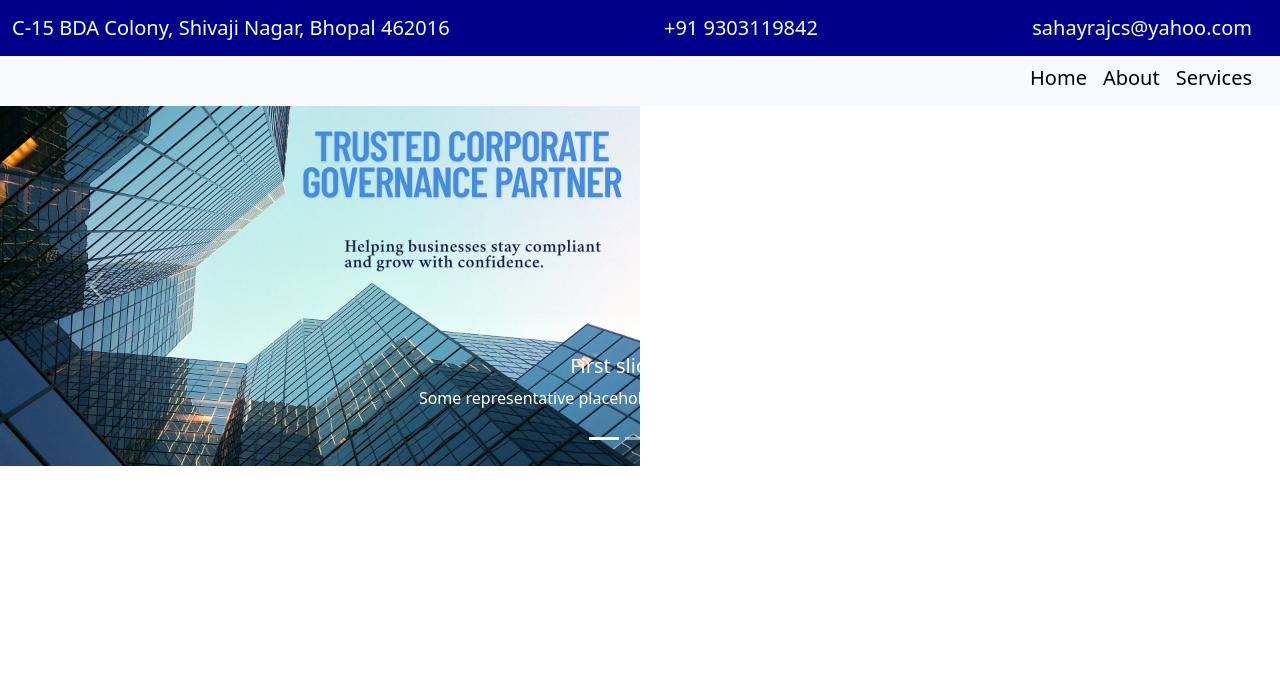
Repository: aayushiss/CS-RSS
Page: index.html
The author's editor kept a copy of each file at every save. The page is drawn from the files as they stood at one save, then again after the next save.
The browser window is 1280 px wide. The pictures show the whole page.

Above is the page before, as saved 2025-05-14 17:05:28.

### index.html
<!DOCTYPE html>
<html lang="en">

<head>
    <meta charset="UTF-8">
    <meta name="viewport" content="width=device-width, initial-scale=1.0">
    <title>R. S. Shrivastava</title>
    <link href="https://cdn.jsdelivr.net/npm/bootstrap@5.3.3/dist/css/bootstrap.min.css" rel="stylesheet"
        integrity="sha384-QWTKZyjpPEjISv5WaRU9OFeRpok6YctnYmDr5pNlyT2bRjXh0JMhjY6hW+ALEwIH" crossorigin="anonymous">
    <link rel="stylesheet" type="text/css" href="style.css">
</head>

<body>
    <nav class="navbar fixed-top custom-navbar">
        <div class="container-fluid d-flex justify-content-between">
            <a class="navbar-brand" href="#">C-15 BDA Colony, Shivaji Nagar, Bhopal 462016</a>
            <a class="navbar-brand" href="#">+91 9303119842</a>
            <a class="navbar-brand" href="#">sahayrajcs@yahoo.com</a>
        </div>
    </nav>
    <div class="navbar-space"></div>

    <nav class="navbar sticky-top second-navbar bg-light">
        <div class="container-fluid d-flex justify-content-end">
          <a class="navbar-brand" href="#">Home</a>
          <a class="navbar-brand" href="about.html">About</a>
          <a class="navbar-brand" href="#">Services</a>
        </div>
      </nav>

      <!-- <div class="card text-bg-dark custom-card">
        <img src="images/haveAQuery.avif" class="card-img" alt="...">
        <div class="card-img-overlay">
          <h5 class="card-title">Have a Query?</h5>
          <p class="card-text">This is a wider card with supporting text below as a natural lead-in to additional content. This content is a little bit longer.</p>
          <p class="card-text"><small>Last updated 3 mins ago</small></p>
        </div>
      </div> -->

      <div id="carouselExampleCaptions" class="carousel slide">
        <div class="carousel-indicators">
          <button type="button" data-bs-target="#carouselExampleCaptions" data-bs-slide-to="0" class="active" aria-current="true" aria-label="Slide 1"></button>
          <button type="button" data-bs-target="#carouselExampleCaptions" data-bs-slide-to="1" aria-label="Slide 2"></button>
          <button type="button" data-bs-target="#carouselExampleCaptions" data-bs-slide-to="2" aria-label="Slide 3"></button>
        </div>
        <div class="carousel-inner">
          <div class="carousel-item active">
            <img src="images/Trusted corporate governance partner.png" class="d-block w-50" alt="...">
            <div class="carousel-caption d-none d-md-block">
              <h5>First slide label</h5>
              <p>Some representative placeholder content for the first slide.</p>
            </div>
          </div>
          <div class="carousel-item">
            <img src="..." class="d-block w-100" alt="...">
            <div class="carousel-caption d-none d-md-block">
              <h5>Second slide label</h5>
              <p>Some representative placeholder content for the second slide.</p>
            </div>
          </div>
          <div class="carousel-item">
            <img src="..." class="d-block w-100" alt="...">
            <div class="carousel-caption d-none d-md-block">
              <h5>Third slide label</h5>
              <p>Some representative placeholder content for the third slide.</p>
            </div>
          </div>
        </div>
        <button class="carousel-control-prev" type="button" data-bs-target="#carouselExampleCaptions" data-bs-slide="prev">
          <span class="carousel-control-prev-icon" aria-hidden="true"></span>
          <span class="visually-hidden">Previous</span>
        </button>
        <button class="carousel-control-next" type="button" data-bs-target="#carouselExampleCaptions" data-bs-slide="next">
          <span class="carousel-control-next-icon" aria-hidden="true"></span>
          <span class="visually-hidden">Next</span>
        </button>
      </div>

    <script src="https://cdn.jsdelivr.net/npm/bootstrap@5.3.3/dist/js/bootstrap.bundle.min.js"
        integrity="sha384-YvpcrYf0tY3lHB60NNkmXc5s9fDVZLESaAA55NDzOxhy9GkcIdslK1eN7N6jIeHz"
        crossorigin="anonymous"></script>
</body>

</html>

### style.css
.custom-navbar {
    background-color: darkblue;
}

.custom-navbar .navbar-brand {
    color: azure;
}

.navbar-space {
    margin-top: 50px;
}

.second-navbar .navbar-brand{
    color: black;
}

.custom-card{
    height: 25vh;
}

.custom-card .card-img{
    height: 100%;
    object-fit: cover;
}

After the next save:
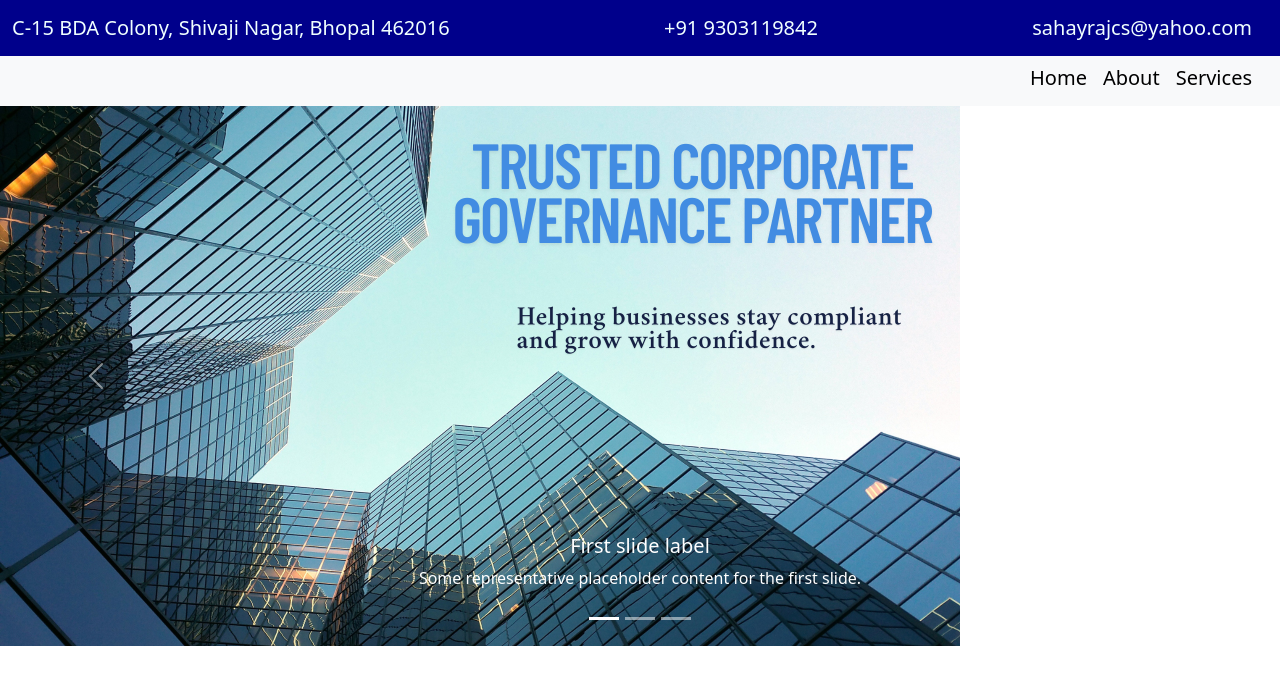
Saved 9 s later.
--- a/index.html
+++ b/index.html
@@ -45,7 +45,7 @@
         </div>
         <div class="carousel-inner">
           <div class="carousel-item active">
-            <img src="images/Trusted corporate governance partner.png" class="d-block w-50" alt="...">
+            <img src="images/Trusted corporate governance partner.png" class="d-block w-75" alt="...">
             <div class="carousel-caption d-none d-md-block">
               <h5>First slide label</h5>
               <p>Some representative placeholder content for the first slide.</p>
